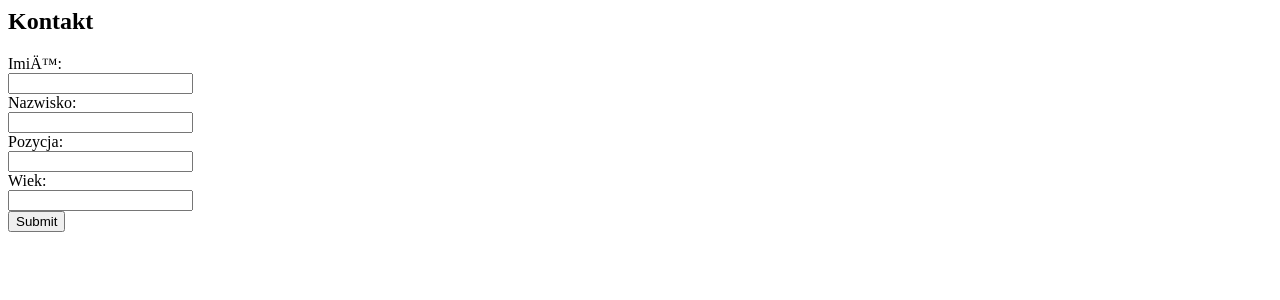
Repository: RafalSl/Java-Spring-Bootcamp-Excercises
Page: http://localhost/FirstPackage/contact
The author's editor kept a copy of each file at every save. The page is drawn from the files as they stood at one save, then again after the next save.
The browser window is 1280 px wide. The pictures show the whole page.
The page is served by Tomcat 9. Other server files are loaded and not shown.

Above is the page before, as saved 2017-06-07 14:29:24.

### FirstPackage/src/main/webapp/WEB-INF/views/contact.jsp
<html>
<body>
<h2>Kontakt</h2>
<form action = "info" method = "GET">
Imię:<br>
<input type="text"><br>
Nazwisko:<br>
<input type="text"><br>
Pozycja:<br>
<input type="text"><br>
Wiek:<br>
<input type="text"><br>
<input type="submit">
</form>

</body>
</html>

### FirstPackage/src/main/java/FirstSteps/Model/Info.java
package FirstSteps.Model;

public class Info {
	private String name, lastname, position;
	private int age;

	public Info() {
		name = "nieznane";
		lastname = "nieznane";
		position = "zwyk³y pracownik";
		age = 0;
	}

	public Info(String name, String lastname, String position, int age) {
		this.name = name;
		this.lastname = lastname;
		this.position = position;
		this.age = age;
	}

	public String getName() {
		return name;
	}

	public void setName(String name) {
		this.name = name;
	}

	public String getLastname() {
		return lastname;
	}

	public void setLastname(String lastname) {
		this.lastname = lastname;
	}

	public String getPosition() {
		return position;
	}

	public void setPosition(String position) {
		this.position = position;
	}

	public int getAge() {
		return age;
	}

	public void setAge(int age) {
		this.age = age;
	}


}

After the next save:
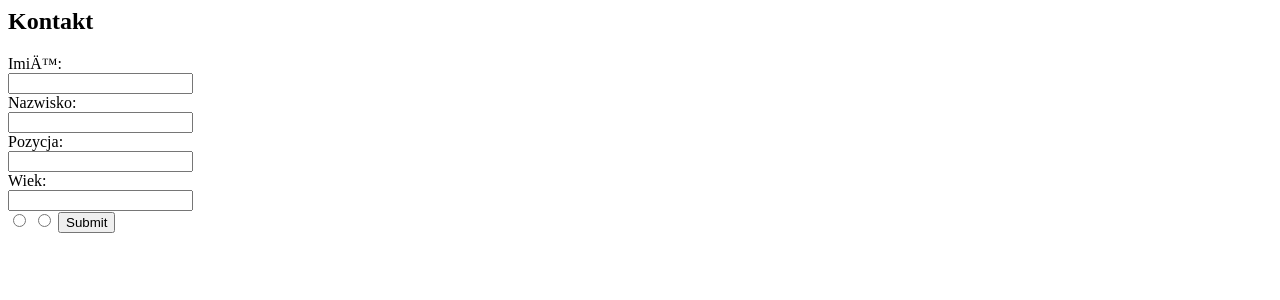
Saved 8 min 59 s later.
--- a/FirstPackage/src/main/webapp/WEB-INF/views/contact.jsp
+++ b/FirstPackage/src/main/webapp/WEB-INF/views/contact.jsp
@@ -10,6 +10,8 @@ Pozycja:<br>
 <input type="text"><br>
 Wiek:<br>
 <input type="text"><br>
+<input type="radio" value="Kobieta">
+<input type="radio" value="Mężczyzna">
 <input type="submit">
 </form>
 
